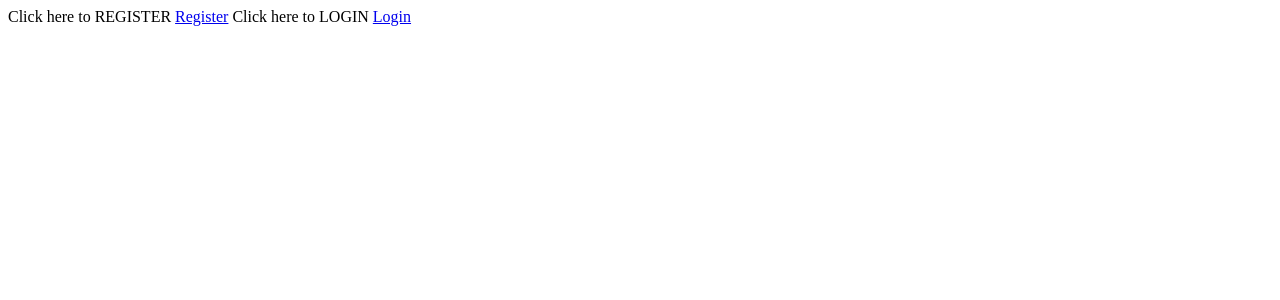
Repository: albertbursuc/flight-application
Page: flightreservation/src/main/webapp/index.html
An editor plug-in stored every save of this project. The page is shown before and after the next save, followed by the edit.
The browser window is 1280 px wide. The pictures show the whole page.

Above is the page before, as saved 2020-04-07 18:51:41.

### flightreservation/src/main/webapp/index.html
<!DOCTYPE html>
<html>
<head>
<meta charset="ISO-8859-1">
<title>Flight reservation application</title>
</head>
<body>

Click here to REGISTER <a href="/showRegistration">Register</a>
Click here to LOGIN <a href="/showLogin">Login</a>
</body>
</html>

After the next save:
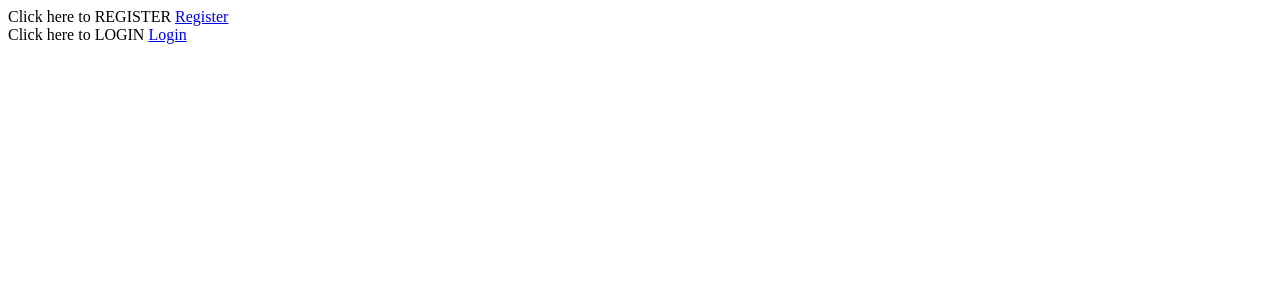
Saved 33 s later.
--- a/flightreservation/src/main/webapp/index.html
+++ b/flightreservation/src/main/webapp/index.html
@@ -6,7 +6,7 @@
 </head>
 <body>
 
-Click here to REGISTER <a href="/showRegistration">Register</a>
+Click here to REGISTER <a href="/showRegistration">Register</a><br/>
 Click here to LOGIN <a href="/showLogin">Login</a>
 </body>
 </html>
